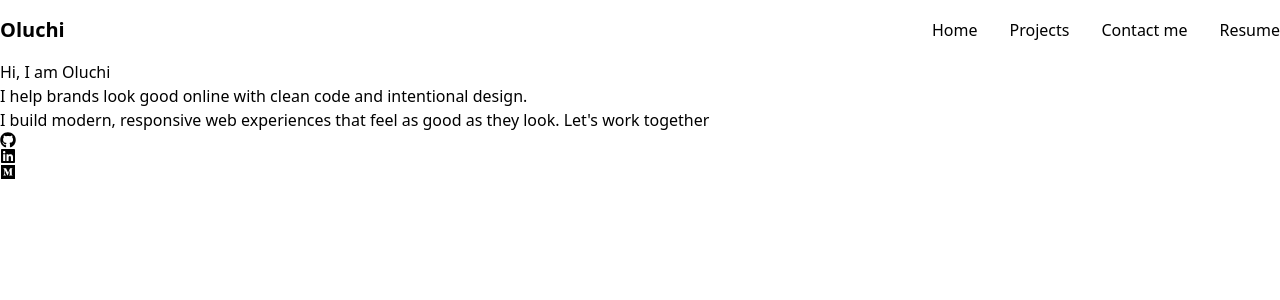
Repository: ooluchi/portfolio_
Page: / (app in my-react-app/)
These files come from the project's save history. The page is drawn as it stood at one moment and after a run of saves; the edit follows.
The browser window is 1280 px wide. The pictures show the whole page.
The project was rebuilt for these pictures with package versions that can differ from the ones it lists, and the page was loaded fresh each time. Also part of the build but not shown: my-react-app/vite.config.ts.

Above is the page before, as saved 2025-11-19 14:55:08.

After the next 2 saves:
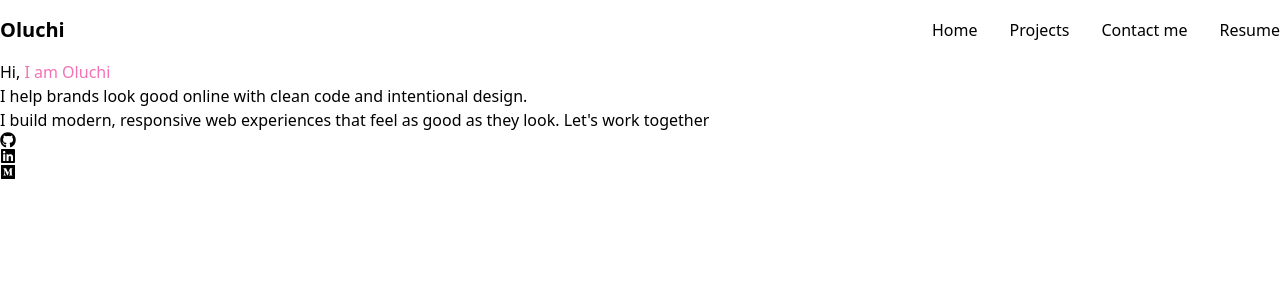
The 2 saves are shown as one change because they came seconds apart.
The last was saved 14 s later.
--- a/my-react-app/src/components/Home.tsx
+++ b/my-react-app/src/components/Home.tsx
@@ -8,7 +8,7 @@
     <div>
 
       <div>
-        <h3>Hi, <span className="">I am Oluchi</span></h3>
+        <h3>Hi, <span className="text-pink-400">I am Oluchi</span></h3>
         <p>I help brands look good online with clean code and intentional design.</p>
         <p>I build modern, responsive web experiences that feel as good as they look. Let's work together</p>
       </div>
